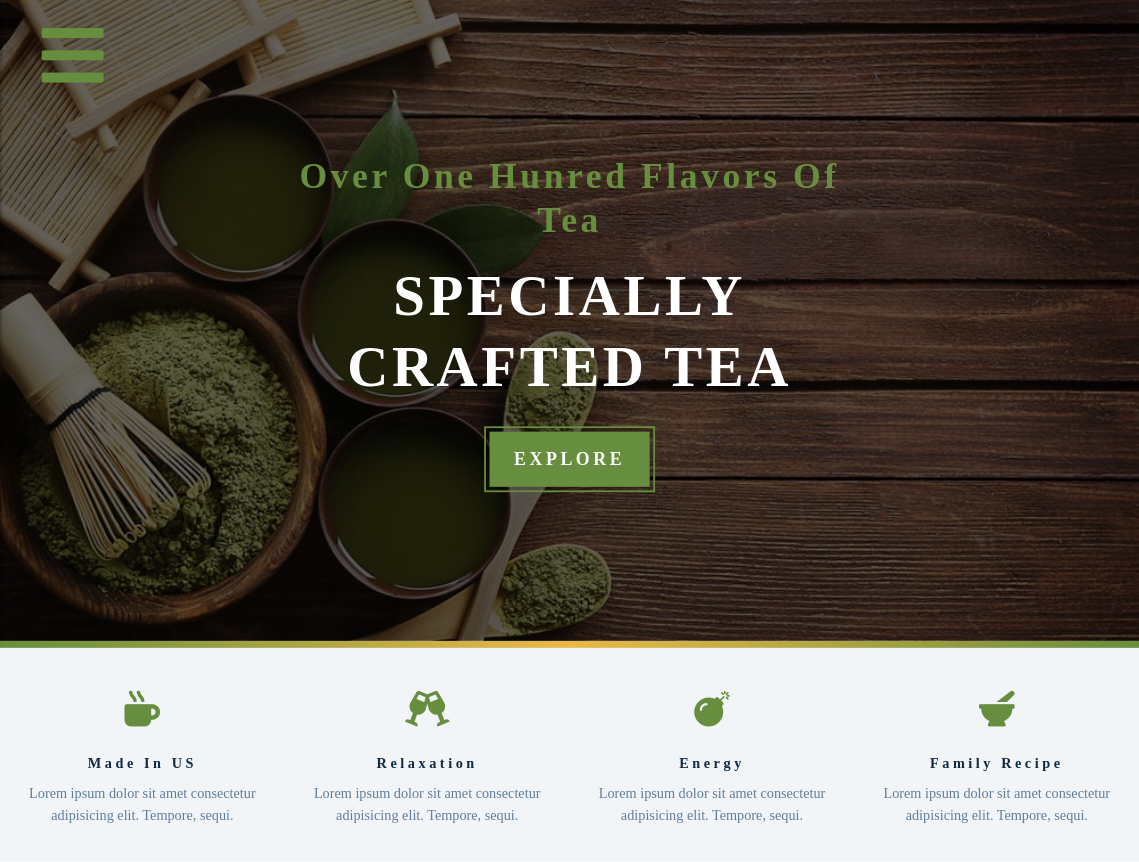
Repository: Ndifoinhilary/building_tea_site
Page: skills.html
These files come from the project's save history. The page is drawn as it stood at one moment and after the next save; the edit follows.
The browser window is 1280 px wide. The pictures show the whole page, at 89% of full size.
Backgrounds fixed to the window are drawn as part of the page. Some web fonts or font styles are not loaded; a fallback is used.

Above is the page before, as saved 2024-01-06 19:47:59.

### skills.html
<!DOCTYPE html>
<html lang="en">

<head>
  <meta charset="UTF-8" />
  <meta name="viewport" content="width=device-width, initial-scale=1.0" />
  <meta http-equiv="X-UA-Compatible" content="ie=edge" />
  <title>Tea Station || Home</title>
  <!-- font-awesome -->
  <link rel="stylesheet" href="./fontawesome-free-5.7.2-web/css/all.css" />
  <!-- custom css -->
  <link rel="stylesheet" href="./css/styles.css" />
</head>

<body>
  <!-- nav button -->
  <span class="nav-btn" id="nav-btn">
    <i class="fas fa-bars"></i>
  </span>
  <!-- nav -->
  <nav class="navbar" id="navbar">
    <div class="navbar-header">
      <span class="nav-close" id="nav-close">
        <i class="fas fa-times"></i>
      </span>
    </div>
    <ul class="nav-items">
      <li><a href="index.html" class="nav-link">home</a></li>
      <li><a href="skills.html" class="nav-link">skills</a></li>
      <li><a href="about.html" class="nav-link">about</a></li>
      <li><a href="products.html" class="nav-link">products</a></li>
    </ul>
  </nav>
  <!-- header -->
  <header class="header">
    <div class="banner">
      <h2 class="banner-subtitle">Over one hunred flavors of tea</h2>
      <h1 class="banner-title">specially crafted tea</h1>
      <a href="skills.html" class=" btn banner-btn">explore</a>
    </div>
  </header>

  <div class="content-divider"></div>




    <!-- skills section -->
    <section class="skills clearfix">
      <!-- single skill -->
      <article class="skill">
        <span class="skill-icon">
          <i class="fas fa-mug-hot"></i>
        </span>
        <h4 class="skill-title">made in US</h4>
        <!-- ten words -->
        <p class="skill-text">
          Lorem ipsum dolor sit amet consectetur adipisicing elit. Tempore,
          sequi.
        </p>
      </article>
      <!-- end of single skill -->
      <!-- single skill -->
      <article class="skill">
        <span class="skill-icon">
          <i class="fas fa-glass-cheers"></i>
        </span>
        <h4 class="skill-title">relaxation</h4>
        <!-- ten words -->
        <p class="skill-text">
          Lorem ipsum dolor sit amet consectetur adipisicing elit. Tempore,
          sequi.
        </p>
      </article>
      <!-- end of single skill -->
      <!-- single skill -->
      <article class="skill">
        <span class="skill-icon">
          <i class="fas fa-bomb"></i>
        </span>
        <h4 class="skill-title">energy</h4>
        <!-- ten words -->
        <p class="skill-text">
          Lorem ipsum dolor sit amet consectetur adipisicing elit. Tempore,
          sequi.
        </p>
      </article>
      <!-- end of single skill -->
      <!-- single skill -->
      <article class="skill">
        <span class="skill-icon">
          <i class="fas fa-mortar-pestle"></i>
        </span>
        <h4 class="skill-title">family recipe</h4>
        <!-- ten words -->
        <p class="skill-text">
          Lorem ipsum dolor sit amet consectetur adipisicing elit. Tempore,
          sequi.
        </p>
      </article>
      <!-- end of single skill -->
    </section>
    <!--end of skills section -->

### css/styles.css
@import url("https://fonts.googleapis.com/css?family=Catamaran:400,700|Grand+Hotel");

* {
  margin: 0;
  padding: 0;
  box-sizing: border-box;
}

/*================
Global variables
===================
*/

:root{
  --clr-primary:#678e3e;
  --clr-primary-light:#beed8c;
  --clr-grey-1:#102a42;
  --clr-grey-5:#617d98;
  --clr-grey-10:#f1f5f8;
  --clr-white:#fff;
  --ff-primary:"Catamaran",sans-serif;
  --ff-secondary:"Grand Hotel", cursive;
  --transition: all 0.3s linear ;
  --spacing:0.25rem;
  --radius:0.5rem;
}


body{
  font-family: var(--clr-primary);
  background: var(--clr-white);
  color: var(--clr-grey-1);
  line-height: 1.5;
  font-size: 0.875rem;
}

a{
  text-decoration: none;
}

img{
  width: 100%;
  display: block;
}
h1,h2,h3,h4{
  letter-spacing: var(--spacing);
  text-transform: capitalize;
  line-height: 1.25;
  margin-bottom: 0.75rem;
}

h1{
  font-size: 3rem;
}
h2{
  font-size: 2rem;
}
h3{
  font-size: 1.5rem;
}
h4{
  font-size: 0.875rem;
}

p{
  margin-bottom: 1.25rem;
}
@media screen and (min-width:800px) {
  h1{
    font-size: 4rem;
  }
  h2{
    font-size: 2.5rem;
  }
  h3{
    font-size: 2rem;
  }
  h4{
    font-size: 1rem;
  }
  body{
    font-size: 1rem;
  }
  h1,h2,h3,h4{
    line-height: 1.25;

  }
}
/*
more css
 */

 .btn{
  text-transform: uppercase;
  background: var(--clr-primary);
  color: var(--clr-white);
  padding: 1rem 0.75rem;
  letter-spacing: var(--spacing);
  display: inline-block;
  font-weight:700 ;
  transition: var(--transition);
  font-size: 1rem;
  border: none;
  cursor: pointer;
  box-shadow: 0 1px 3px rgba(0, 0, 0,0.2);
 }
.btn:hover {
  color: var(--ff-primary);
  background: var(--clr-primary-light);
}
.clearfix::after , .clearfix::before{
  content: "";
  clear: both;
  display: table;
}
.section-title h3{
font-family: var(--ff-secondary);
color: var(--clr-primary);
}
.section-title{
  margin-bottom: 2rem;
}
.section-center{
  padding: 4rem 0;
  width: 85vw;
  margin: 0 auto;
  max-width: 1170px;
}
@media screen and (min-width:992px) {
  .section-center{
    width: 95vw;
    padding: 4rem 1rem;
  }
}
 /*
 header
  */

  .header{
    min-height: 100vh;
    background: linear-gradient(rgba(0, 0, 0,0.6),rgba(0, 0, 0,0.6)) ,url("/images/main-bcg.jpeg") center/cover no-repeat fixed;
    position: relative;
    /* animation */
    overflow-x: hidden;

  }

  .banner{
    text-align: center;
    position: absolute;
    top: 50%;
    left: 50%;
    transform: translate(-50%,-50%);
  }

  .banner h2{
    font-family: var(--ff-secondary);
    color: var(--clr-primary);
    animation: slideFromRight 5s ease-in-out 1;
    -webkit-animation: slideFromRight 5s ease-in-out 1;
}

  .banner h1{
    text-transform: uppercase;
    color: var(--clr-white);
    margin-top: 1.25rem;
    margin-bottom: 2rem;
    animation: slideFromLeft 5s ease-in-out 1;
    -webkit-animation: slideFromLeft 5s ease-in-out 1;
}

.banner-btn{
  outline: 0.125rem solid var(--clr-primary);
  outline-offset: 0.25rem;
  font-size: 1.25rem;
  padding:1rem 1.75rem ;
  animation: show 5s linear 2;
  -webkit-animation: show 5s linear 1;
}

.content-divider{
height: 0.5rem;
background: linear-gradient(to left, var(--clr-primary), #e9b949, var(--clr-primary));
}

/*
skills section
 */

 .skills{
  background: var(--clr-grey-10);

 }

 .skill{
  text-align: center;
  padding: 2.5rem 0;
  transition: var(--transition);

 }

 .skill-icon{
  font-size: 2.5rem;
  margin-bottom: 1.25rem;
  transition: var(--transition);
  display: inline-block;
  color: var(--clr-primary);

 }
 .skill-text{
  color: var(--clr-grey-5);
  max-width: 17rem;
  margin: 0 auto;
 }
 .skill:hover {
  background: var(--clr-white);
  box-shadow: 0  2px var(--clr-primary);
 }

 .skill:hover .skill-icon{
  transform: translateY(-5px);
 }
 @media screen and (min-width:576px) {
  .skill{
    float: left;
    width: 50%;
  }
 }

 @media screen and (min-width:1200px) {
  .skill{

    width: 25%;
  }
 }

 /*
 About css
  */
.about-img, .about-info{
  padding: 2rem;
}

.about-picture-container{
  color: var(--clr-primary);
  border: 0.5rem solid var(--clr-primary);
  max-width: 30rem;
  overflow: hidden;

}

.about-picture{
  transition: var(--transition);
}

.about-picture-container:hover .about-picture{
opacity: 0.5;
transform: scale(1.2)
}


.about-text{
  max-width: 26rem;
  color: var(--clr-grey-5);
}


@media screen and (min-width:992px) {
  .about-info, .about-img{
    float: left;
    width: 50%;
  }
  .about-info{
    padding-left:2rem ;
  }
}
/*
product section
 */


 .product{
  margin-bottom: 2rem;
 }

.products{
  background: var(--clr-grey-10);

}

.products article{
  padding: 2rem 0;
}
.product-text{
  color: var(--clr-grey-5);
  max-width: 26rem;
}

.product-img{
  border-radius: var(--radius);
  margin-bottom: 2rem;
  height: 17rem;
  object-fit: cover;
}

.product-price{
  color: var(--clr-primary);
}

@media screen and (min-width:768px) {
.product{
  float: left;
  width: 50%;
  padding-left: 2rem;
}

}
@media screen and (min-width:992px) {
.product{
  width: 33.3%;
}

}
@media screen and (min-width:1200px) {
.products-info{
  float: left;
  width: 30%;
}

}
@media screen and (min-width:1200px) {
.products-inventory{
  float: left;
  width: 70%;
}
  .product{
    margin-bottom: 0;
    padding: 0 1rem;
  }
}

/*
services section
 */

.services-title{
  margin-top: 4rem;
  margin-bottom: -4rem;
  text-align: center;
}

.service-card{
  margin: 2rem 0;
  background: var(--clr-grey-10);
  border-radius: var(--radius);
  box-shadow: 0 5px 15px rgba(0, 0, 0,0.1);
  transition: var(--transition);
}
.service-card:hover{
  transform: scale(1.02);
  box-shadow: 0 5px 15px rgba(0, 0, 0,0.2);

}

.service-img{
  height: 17rem;
  object-fit: cover;
  border-top-left-radius: var(--radius);
  border-top-right-radius: var(--radius);
}

.service-info{
  text-align: center;
  padding: 3rem 1rem 2.5rem 1rem;
}

.service-info p {
  max-width: 20rem;
  color: var(--clr-grey-5);
  margin: 0 auto;
}

.service-btn{
  font-size: 0.75rem;
  text-transform: capitalize;
  padding: 0.375rem 0.5rem;
  border-radius: var(--radius);
  font-weight: 400;
  margin-top: 1.25rem;
}

@media screen and (min-width:768px) {
  .service-card{
    float: left;
    width: 45%;
    margin-left: 5%;
  }

}
@media screen and (min-width:992px) {
  .service-card{
    width: 30%;
    margin-left: 3.333%;
  }

}


.service-img-container{
  position:relative;
}

.service-icon{
  position:absolute;
  left: 50%;
  bottom:0;
  font-size:2rem;
  color: var(--clr-primary);
  background: var(--clr-primary-light);
  padding: 0.25rem 0.6rem;
  border-radius: 50%;
  transform: translate(-50%,50%);
  border: 0.25rem solid var(--clr-grey-10);
  -webkit-transform: translate(-50%,50%);
  -moz-transform: translate(-50%,50%);
  -ms-transform: translate(-50%,50%);
  -o-transform: translate(-50%,50%);
}


/*
form section
 */


 .contact{
  background: var(--clr-grey-10);

 }

 .contact-form, .contact-info{
  margin: 1rem 0;
 }

 .contact-item{
  margin-bottom: 1.75rem;
 }

 .contact-title{
  color: var(--clr-primary);
  font-weight: 400;
 }

 .contact-text{
  text-transform: uppercase;
 }

 .contact-form{
  background: var(--clr-white);
  border-radius: var(--radius);
  text-align: center;
  box-shadow: 0 5px 15px rgba(0, 0, 0,0.1);
  transition: var(--transition);
  -webkit-border-radius: var(--radius);
  -moz-border-radius: var(--radius);
  -ms-border-radius: var(--radius);
  -o-border-radius: var(--radius);
  -webkit-transition: var(--transition);
  -moz-transition: var(--transition);
  -ms-transition: var(--transition);
  -o-transition: var(--transition);
  max-width: 35rem;
}

.contact-form:hover{
  box-shadow: 0 5px 15px rgba(0, 0, 0,0.2);

}

.contact-form h3 {
  padding-top: 1.25rem;
  color: var(--clr-grey-5);
}

.form-group{
  padding: 1rem 1.5rem;
}

.form-control{
  display: inline-block;
  width: 100%;
  padding: 0.75rem 1rem;
  border: none;
  margin-bottom: 1.25rem;
  background: var(--clr-grey-10);
  border-radius: var(--radius);
  text-transform: uppercase;
  letter-spacing: var(--spacing);
  -webkit-border-radius: var(--radius);
  -moz-border-radius: var(--radius);
  -ms-border-radius: var(--radius);
  -o-border-radius: var(--radius);
}

.form-control::placeholder{
  font-family: var(--ff-primary);
  color: var(--clr-grey-1);
  text-transform: uppercase;
  letter-spacing: var(--spacing);
}

.submit-btn{
  display: block;
  width: 100%;
  padding: 1rem;
  border-bottom-left-radius: var(--radius);
  border-bottom-right-radius: var(--radius);
}



@media screen and (min-width:992px) {
  .contact-form, .contact-info{
    float: left;
    width: 50%;
  }

}

/*
footer section
 */


 .footer{
  background:#222;
  text-align:center;


 }
 .social-icon{
  color: var(--clr-white);
  font-size: 1.5rem;
  margin-right: 1rem;
  transition: var(--transition);
  -webkit-transition: var(--transition);
  -moz-transition: var(--transition);
  -ms-transition: var(--transition);
  -o-transition: var(--transition);
}

.social-icon:hover{
  color: var(--clr-primary)
}

.footer-text{
  margin-top: 1.25rem;
  text-transform: uppercase;
  color: var(--clr-white);
  font-weight: 400;
}

.company{
  color: var(--clr-primary);
}

/*
nav bar
 */

 .nav-btn{
  position: fixed;
  top: 5%;
  left: 5%;
  font-size: 2.5rem;
  color: var(--clr-primary);
  z-index: 1;
  cursor: pointer;
  animation: bounce 2s ease infinite;
  -webkit-animation: bounce 2s ease infinite;
}


 .navbar{
  position: fixed;
  top: 0;
  left: 0;
  bottom: 0;
  right: 0;
  background: var(--clr-grey-10);
  z-index: 2;
  box-shadow: 2px 0 2px rgba(0, 0, 0,0.2);
  /* this transform translateX hinds the navbar */
  transform: translateX(-100%);
  -webkit-transform: translateX(-100%);
  -moz-transform: translateX(-100%);
  -ms-transform: translateX(-100%);
  -o-transform: translateX(-100%);
  transition: var(--transition);
  -webkit-transition: var(--transition);
  -moz-transition: var(--transition);
  -ms-transition: var(--transition);
  -o-transition: var(--transition);
}

/* this class is added when the X bottum is click which simply shows the nabar */

 .showNav{ transform: translateX(0); -webkit-transform: translateX(0); -moz-transform: translateX(0); -ms-transform: translateX(0); -o-transform: translateX(0);
}


 .navbar-header{
  text-align: right;
  padding: 1rem;
 }

 .nav-close{
  font-size: 2.5rem;
  cursor: pointer;
  color: #f29c9c;
 }

 .nav-close:hover{
  color: #bb2525;
 }

 .nav-items{
  list-style-type: none;
 }

 .nav-link{
  display: block;
  font-size: 1.5rem;
  padding: 0.25rem 1rem;
  color: var(--clr-grey-5);
  letter-spacing: var(--spacing);
  text-transform: uppercase;
  transition: var(--transition);
  -webkit-transition: var(--transition);
  -moz-transition: var(--transition);
  -ms-transition: var(--transition);
  -o-transition: var(--transition);
}

.nav-link:hover{
  background: var(--clr-primary-light);
  color: var(--clr-primary);
  padding-left: 1.5rem;
  border-left: .25rem solid var(--clr-primary);
}


@media screen and (min-width:600px) {
  .navbar{
    width: 30vw;
    max-width: 20rem;

  }

}


/*
animation section
 */


 @keyframes bounce {
  0%{
    transform: scale(1);
    -webkit-transform: scale(1);
    -moz-transform: scale(1);
    -ms-transform: scale(1);
    -o-transform: scale(1);
}
  50%{
    transform: scale(2);
    -webkit-transform: scale(2);
    -moz-transform: scale(2);
    -ms-transform: scale(2);
    -o-transform: scale(2);
}
  100%{
    transform: scale(1);

  }
 }
  @keyframes slideFromRight {
  0%{
    transform: translateX(1000px);
    -webkit-transform: translateX(1000px);
    -moz-transform: translateX(1000px);
    -ms-transform: translateX(1000px);
    -o-transform: translateX(1000px);
    opacity: 0;
}
  50%{
    transform: translateX(-200px);
    -webkit-transform: translateX(-200px);
    -moz-transform: translateX(-200px);
    -ms-transform: translateX(-200px);
    -o-transform: translateX(-200px);
    opacity: 0.5;
}
  75%{
    transform: translateX(50px);
    -webkit-transform: translateX(50px);
    -moz-transform: translateX(50px);
    -ms-transform: translateX(50px);
    -o-transform: translateX(50px);
    opacity: 0.75;
}
100%{
    transform: translateX(0px);
    -webkit-transform: translateX(0px);
    -moz-transform: translateX(0px);
    -ms-transform: translateX(0px);
    -o-transform: translateX(0px);
    opacity: 1;
}
 }
  @keyframes slideFromLeft {
  0%{
    transform: translateX(-1000px);
    -webkit-transform: translateX(-1000px);
    -moz-transform: translateX(-1000px);
    -ms-transform: translateX(-1000px);
    -o-transform: translateX(-1000px);
    opacity: 0;
}
  50%{
    transform: translateX(200px);
    -webkit-transform: translateX(200px);
    -moz-transform: translateX(200px);
    -ms-transform: translateX(200px);
    -o-transform: translateX(200px);
    opacity: 0.5;
}
  75%{
    transform: translateX(-50px);
    -webkit-transform: translateX(-50px);
    -moz-transform: translateX(-50px);
    -ms-transform: translateX(-50px);
    -o-transform: translateX(-50px);
    opacity: 0.75;
}
100%{
    transform: translateX(0px);
    -webkit-transform: translateX(0px);
    -moz-transform: translateX(0px);
    -ms-transform: translateX(0px);
    -o-transform: translateX(0px);
    opacity: 1;
}
 }

 @keyframes show {
  0%{
    transform: scale(1.5);
    -webkit-transform: scale(1.5);
    -moz-transform: scale(1.5);
    -ms-transform: scale(1.5);
    -o-transform: scale(1.5);
    opacity: 0;
}
  50%{
    transform: scale(2);
    -webkit-transform: scale(2);
    -moz-transform: scale(2);
    -ms-transform: scale(2);
    -o-transform: scale(2);
    opacity: 0.5;

}
  100%{
    transform: scale(1);
    opacity: 0;


  }
}

### app.js
const navBtn = document.getElementById("nav-btn");
const date = document.getElementById("date").innerHTML=new Date().getFullYear();
const navbar = document.getElementById("navbar");
const navClose = document.getElementById("nav-close");

navBtn.addEventListener("click", () => {
  navbar.classList.add("showNav");
});

navClose.addEventListener("click", () => {
  navbar.classList.remove("showNav");
});

Loaded but not shown: fontawesome-free-5.7.2-web/css/all.css (library)

After the next save:
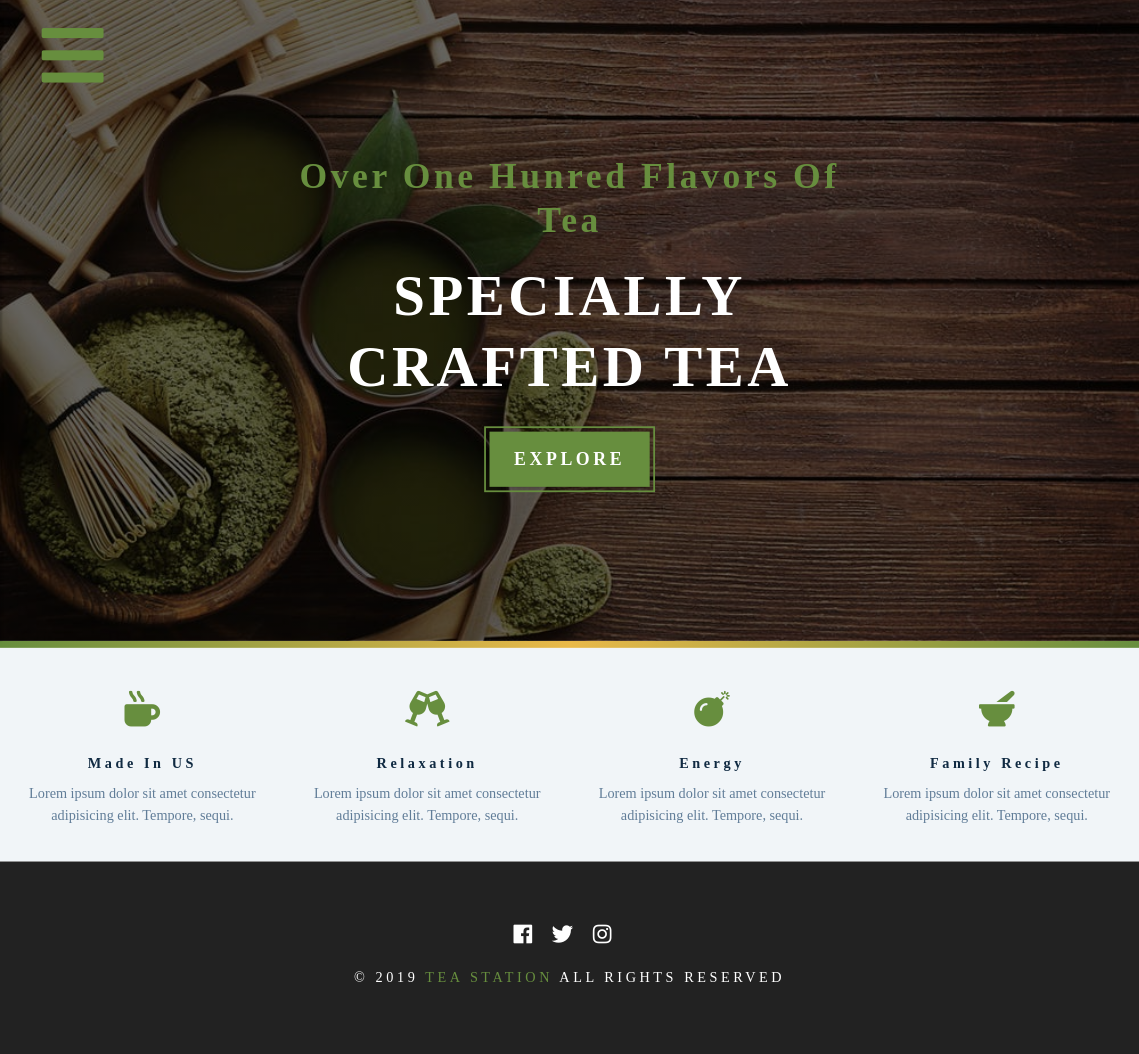
Saved 13 s later.
--- a/skills.html
+++ b/skills.html
@@ -101,3 +101,36 @@
       <!-- end of single skill -->
     </section>
     <!--end of skills section -->
+
+
+
+    <footer class="footer">
+      <div class="section-center">
+        <div class="social-icons">
+          <!-- social icon -->
+          <a href="#" class="social-icon">
+            <i class="fab fa-facebook"></i>
+          </a>
+          <!-- end of social icon -->
+          <!-- social icon -->
+          <a href="#" class="social-icon">
+            <i class="fab fa-twitter"></i>
+          </a>
+          <!-- end of social icon -->
+          <!-- social icon -->
+          <a href="#" class="social-icon">
+            <i class="fab fa-instagram"></i>
+          </a>
+          <!-- end of social icon -->
+        </div>
+      <h4 class="footer-text">
+        &copy; <sapn id="date" ></sapn>
+        <span class="company">tea station</span>
+        all rights reserved
+      </h4>
+      </div>
+    </footer>
+
+
+
+    <script src="app.js"></script>
